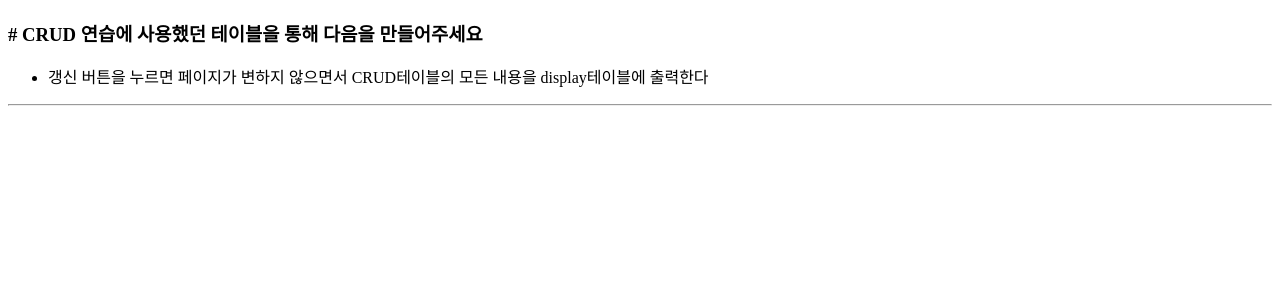
Repository: sirius455/spring-workspace
Page: http://localhost/Spring_REST/WEB-INF/views/ajax/crud_home.jsp
These files come from the project's save history. The page is drawn as it stood at one moment and after the next save; the edit follows.
The browser window is 1280 px wide. The pictures show the whole page.
The page is served by Tomcat 9. Nobody is signed in. The template is opened directly, without the code that normally fills it, so the values that code supplies are empty.

Above is the page before, as saved 2021-08-05 06:05:27.

After the next save:
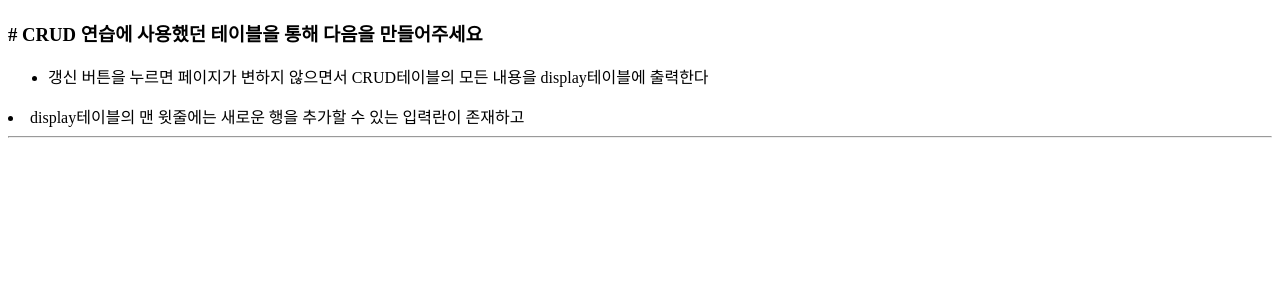
Saved 31 s later.
--- a/Spring_REST/src/main/webapp/WEB-INF/views/ajax/crud_home.jsp
+++ b/Spring_REST/src/main/webapp/WEB-INF/views/ajax/crud_home.jsp
@@ -12,6 +12,9 @@
 	<ul>
 		<li>갱신 버튼을 누르면 페이지가 변하지 않으면서 CRUD테이블의 모든 내용을 display테이블에 출력한다</li>
 	</ul>
+	<li>
+	 	display테이블의 맨 윗줄에는 새로운 행을 추가할 수 있는 입력란이 존재하고
+	</li>
 
 <hr>
 
